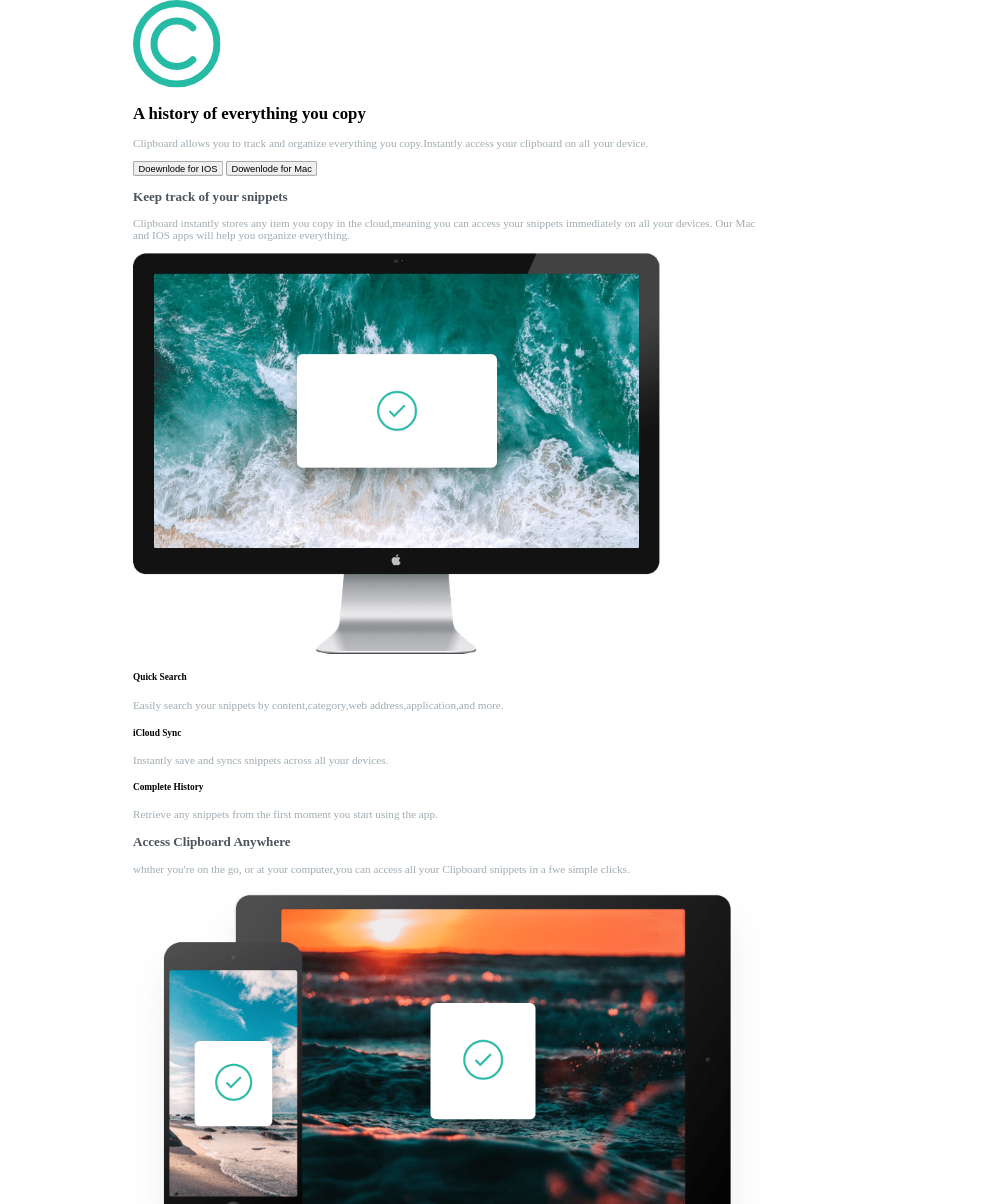
Repository: moataz305G/Clipboard-landing-page
Page: index.html
An editor plug-in stored every save of this project. The page is shown before and after the next save, followed by the edit.
The browser window is 1280 px wide. The page is 1280 px wide, then 1440 px, so the pictures cover 1440 px, including what lies to the right of the window. The pictures show the part of the page from y = 0 to 1720 px (the page is 2624 px tall before and 2606 px after), at 70% of full size.

Above is the page before, as saved 2025-12-04 09:29:13.

### index.html
<!DOCTYPE html>
<html lang="en">
  <head>
    <meta charset="UTF-8" />
    <meta name="viewport" content="width=device-width, initial-scale=1.0" />

    <link
      rel="icon"
      type="image/png"
      sizes="32x32"
      href="./images/favicon-32x32.png"
    />
    <title>Clipboard landing page</title>
    <link rel="stylesheet" href="style.css" />
  </head>
  <body>
    <article class="container">
      <div class="hero">
        <img class="logo" src="images/logo.svg" alt="Clipboard Logo" />

        <h2>A history of everything you copy</h2>
        <p>
          Clipboard allows you to track and organize everything you
          copy.Instantly access your clipboard on all your device.
        </p>
        <button class="IOS-button">Doewnlode for IOS</button>
        <button class="Mac-button">Dowenlode for Mac</button>
      </div>

      <div class="snippets">
        <h3>Keep track of your snippets</h3>
        <p>
          Clipboard instantly stores any item you copy in the cloud,meaning you
          can access your snippets immediately on all your devices. Our Mac and
          IOS apps will help you organize everything.
        </p>
      </div>

      <img
        class="image-computer"
        src="images/image-computer.png"
        alt="Fuatures "
      />
      <div class="fuatures">
        <div>
          <h5>Quick Search</h5>
          <p>
            Easily search your snippets by content,category,web
            address,application,and more.
          </p>
        </div>
        <div>
          <h5>iCloud Sync</h5>
          <p>Instantly save and syncs snippets across all your devices.</p>
        </div>
        <div>
          <h5>Complete History</h5>
          <p>
            Retrieve any snippets from the first moment you start using the app.
          </p>
        </div>
      </div>

      <div class="access anywhere">
        <h3>Access Clipboard Anywhere</h3>
        <p>
          whther you're on the go, or at your computer,you can access all your
          Clipboard snippets in a fwe simple clicks.
        </p>
      </div>

      <img
        class="img-device"
        src="images/image-devices.png"
        alt="image-access-clipboard"
      />

      <div class="workflow">
        <h3>Supercharge your workflow</h3>
        <p>We've got the tools tomboost your productivity.</p>
      </div>

      <div class="tools">
        <div class="blacklist">
          <img src="images/icon-blacklist.svg " />
          <h3>Creat blacklists</h3>
          <p>
            Ensure sensitive information never makes it way to your clipboard by
            excluding certain sources.
          </p>
        </div>

        <div class="Plane-text">
          <img src="images/icon-text.svg" />
          <h3>Plane text snippets</h3>
          <p>
            Remove unwanted formatting from copied text for a consisitent look.
          </p>
        </div>

        <div class="preview">
          <img src="images/icon-preview.svg " />
          <h3>Sneak preview</h3>
          <p>Quick preview of all snippets on your clipboard for easy access</p>
        </div>
      </div>

      <div class="bag-campany">
        <img src="images/logo-google.png" />
        <img src="images/logo-ibm.png" />
        <img src="images/logo-microsoft.png" />
        <img src="images/logo-hp.png" />
        <img src="images/logo-vector-graphics.png" />
      </div>

      <div>
        <h3>Clipboard for iOS and Mac OS</h3>
        <p>
          Available for free on the app store,Download for Mac or ios, sync with
          iCloud and you're ready to start adding to your clipboard.
        </p>
        <button>Download for iOS</button>
        <button>Download for Mac</button>
      </div>
    </article>

    <footer>
      <div class="links">
        <ul>
          <li><a link="#">FAQs</a></li>
          <li><a link="#">Contact Us</a></li>
          <li><a link="#">Privacy Policy</a></li>
        </ul>
      </div>
      <div class="meadea">
        <img src="images/icon-facebook.svg" />
        <img src="images/icon-twitter.svg" />
        <img src="images/icon-instagram.svg" />
      </div>
    </footer>
  </body>
</html>

### style.css
body {
  margin: 0;
  padding: 0;
  width: 900px;
  height: auto;
  margin: 0 auto;
}
h2 {
  color: #000;
}
h3 {
  color: #4c545d;
}
p {
  color: #9fabb2;
}

After the next save:
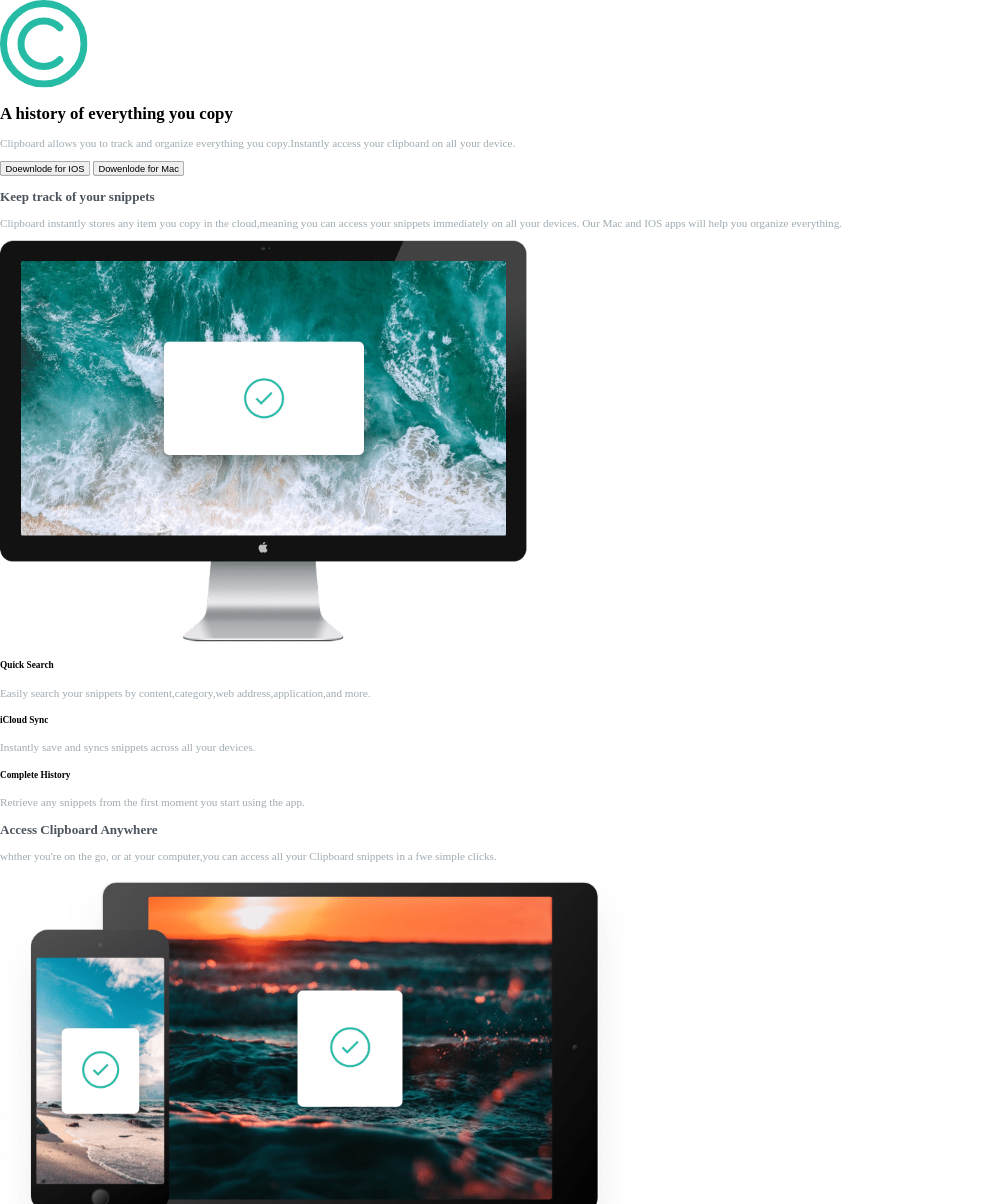
Saved 39 s later.
--- a/style.css
+++ b/style.css
@@ -1,7 +1,7 @@
 body {
   margin: 0;
   padding: 0;
-  width: 900px;
+  width: 1440px;
   height: auto;
   margin: 0 auto;
 }
